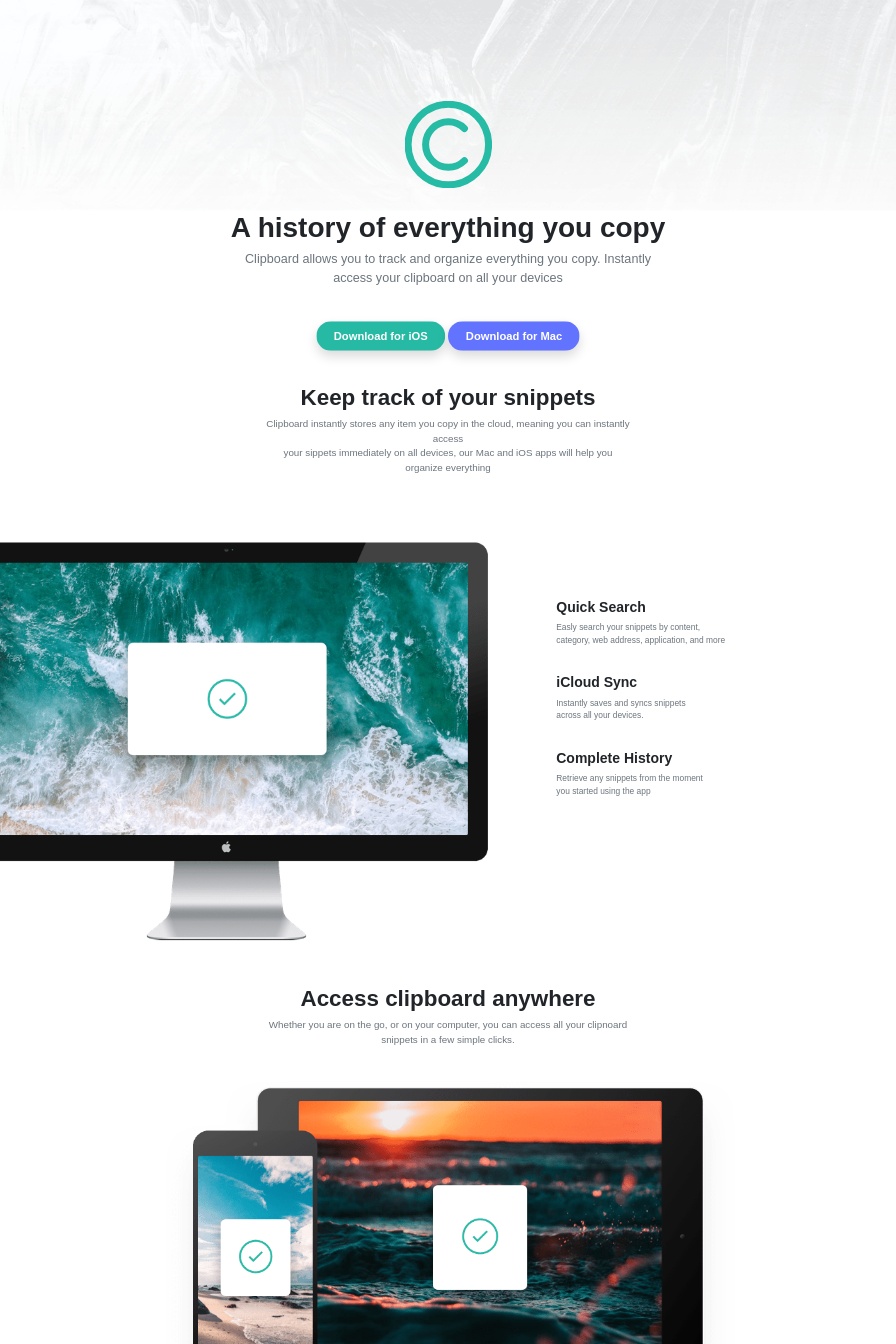
Repository: Kenkeluke/Clipboard-landing-page
Page: index.html
The author's editor kept a copy of each file at every save. The page is drawn from the files as they stood at one save, then again after the next save.
The browser window is 1280 px wide. The pictures show the part of the page from y = 0 to 1920 px (the page is 3015 px tall), at 70% of full size.
Some web fonts or font styles are not loaded; a fallback is used.

Above is the page before, as saved 2022-09-03 23:23:19.

After the next save:
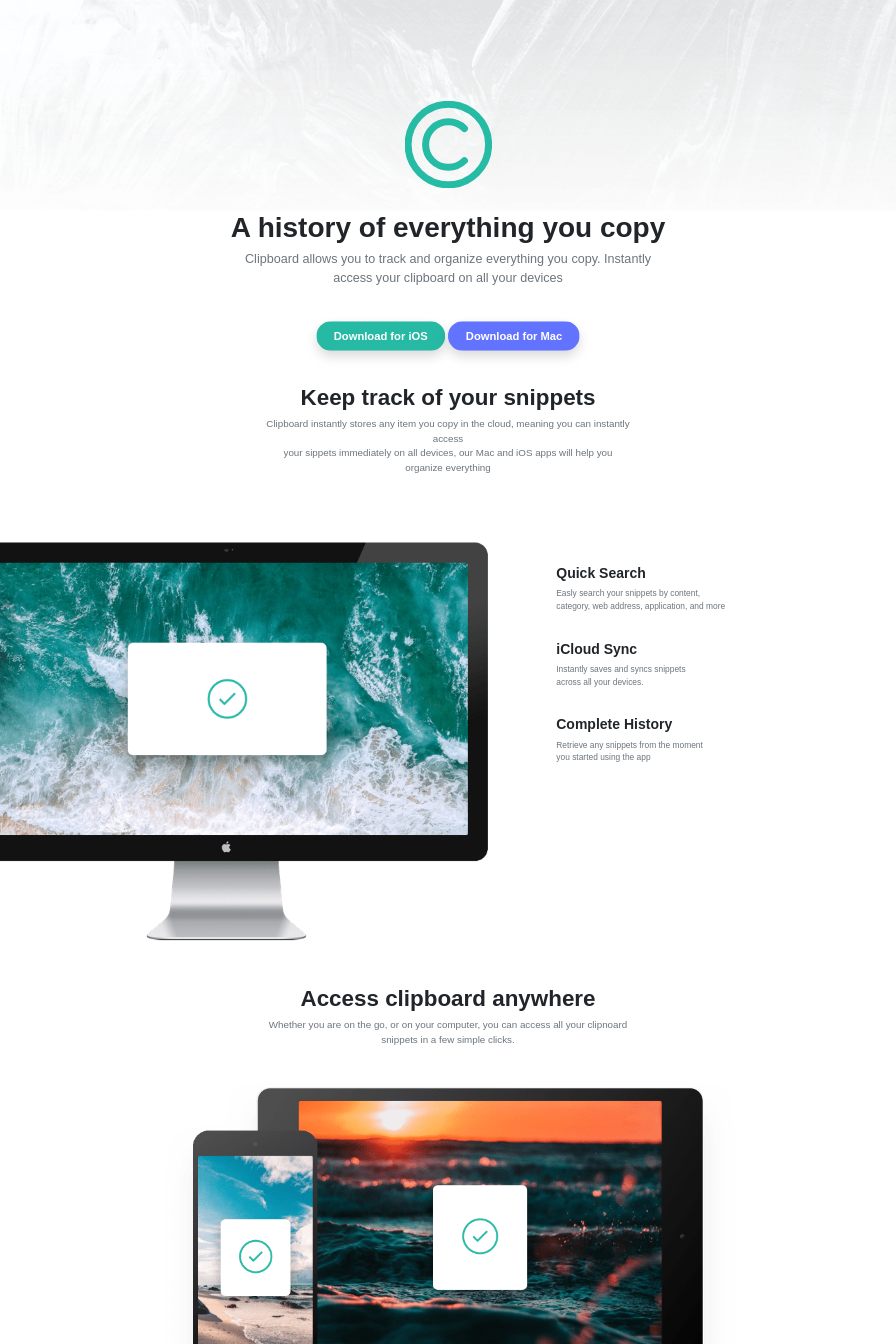
Saved 23 s later.
--- a/index.html
+++ b/index.html
@@ -48,7 +48,7 @@
     class="img-fluid image-cut">
   </figure>
 
-  <article class="col-md-5 col-10 d-flex flex-column justify-content-md-start mt-5 ps-md-5 pt-3">
+  <article class="col-md-5 col-10 d-flex flex-column justify-content-md-start justmt-5 ps-md-5 pt-3">
     <div class="first-article justify-content-md-start text-md-start text-center pt-3">
       <h5 class="fw-bolder"> Quick Search</h5>
 

After the 4 saves that followed:
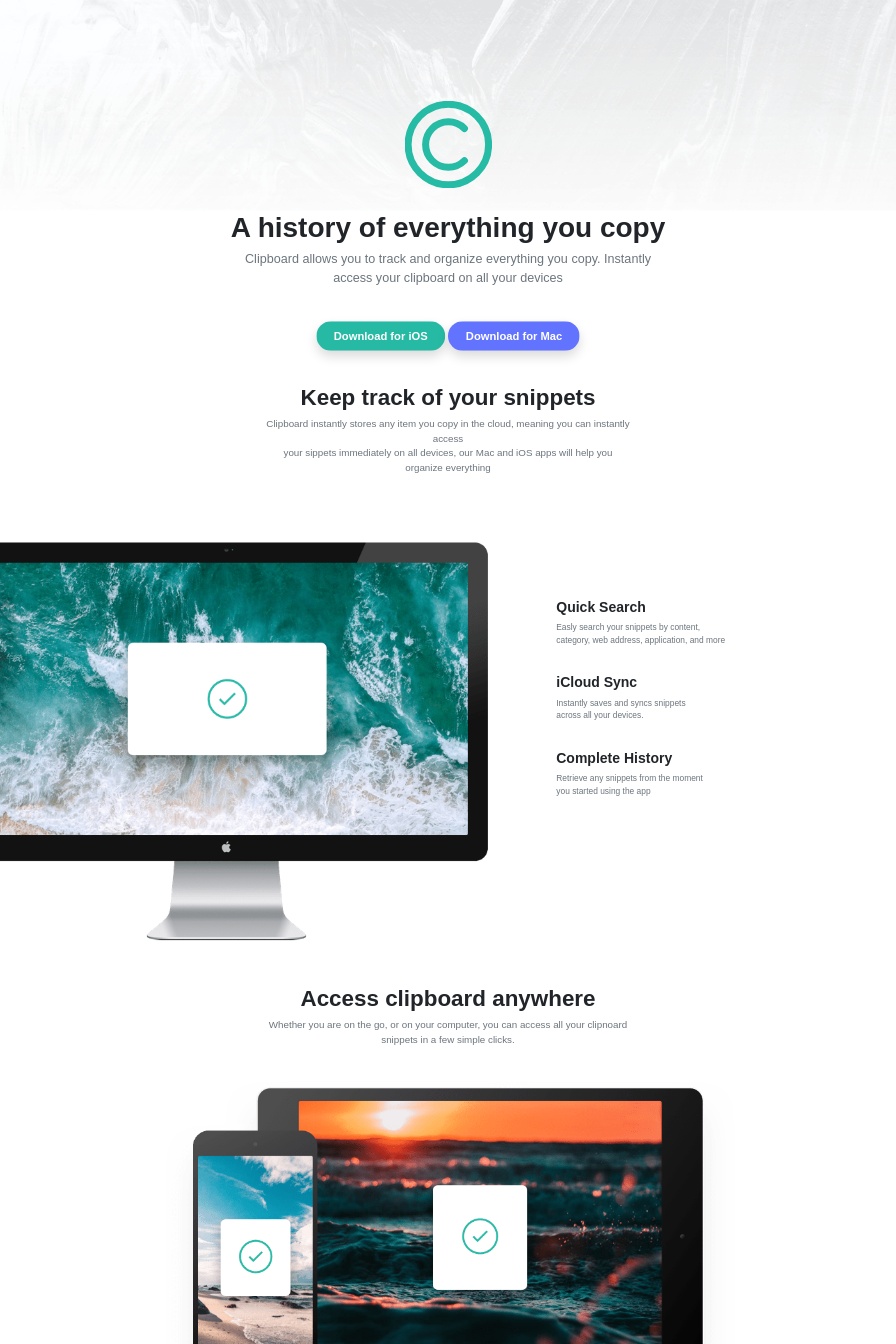
The 4 saves are shown as one change because 2 left the picture as it was and some came seconds apart.
The last was saved 13 s later.
--- a/index.html
+++ b/index.html
@@ -48,7 +48,7 @@
     class="img-fluid image-cut">
   </figure>
 
-  <article class="col-md-5 col-10 d-flex flex-column justify-content-md-start justmt-5 ps-md-5 pt-3">
+  <article class="col-md-5 col-10 d-flex flex-column justify-content-md-start justify-conyent-center mt-5 ps-md-5 pt-3">
     <div class="first-article justify-content-md-start text-md-start text-center pt-3">
       <h5 class="fw-bolder"> Quick Search</h5>
 
